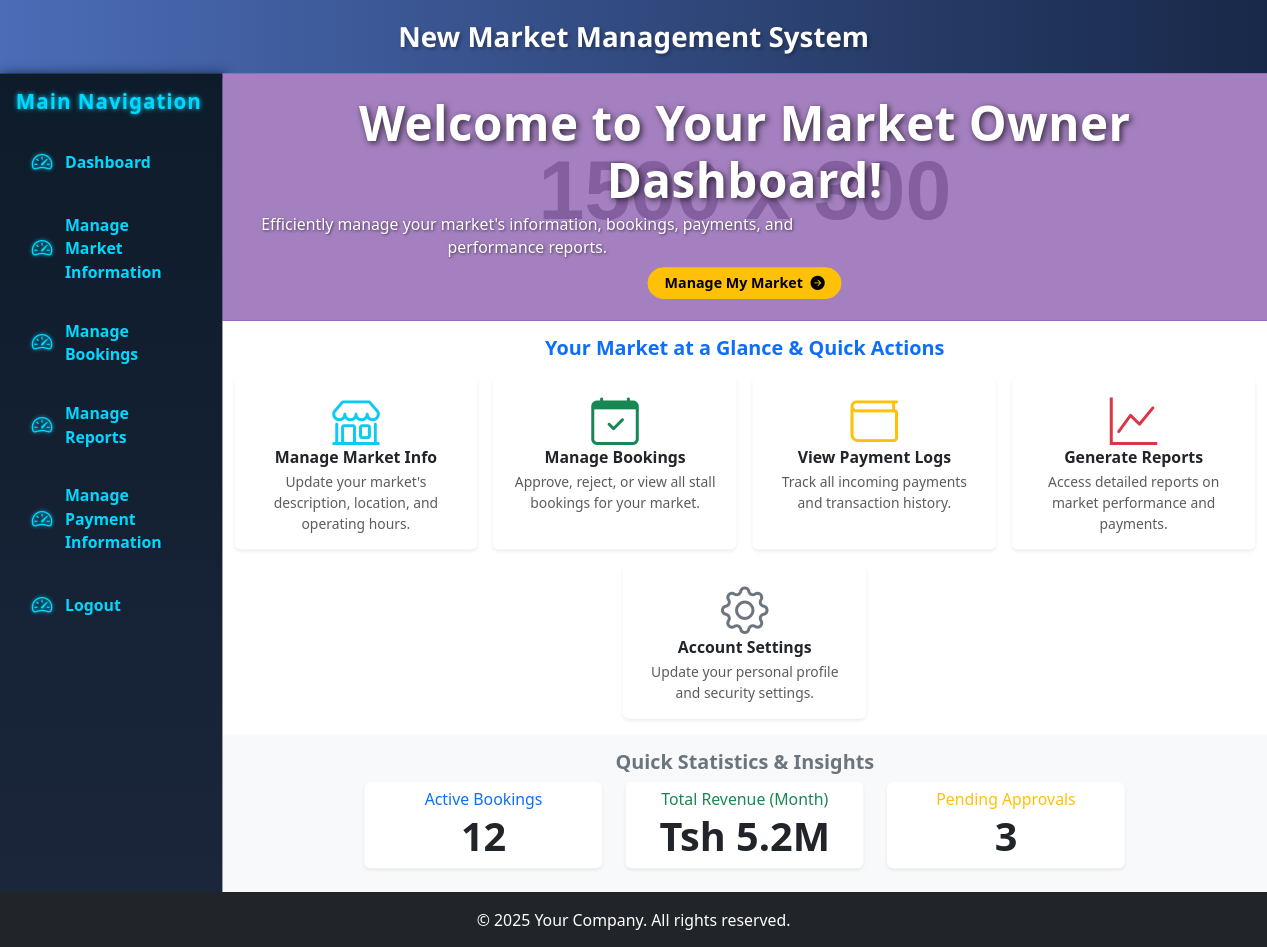
Repository: AbdulqadirSaid/react-market-front-end
Page: /owner-dash
An editor plug-in stored every save of this project. The page is shown before and after the next save, followed by the edit.
The browser window is 1280 px wide. The pictures show the whole page, at 99% of full size.
The project was rebuilt for these pictures with package versions that can differ from the ones it lists, and the page was loaded fresh each time. Also part of the build but not shown: src/index.css, src/LoginForm.js, src/App.css, src/admin/AdminDashboard.js, src/admin/ManageCustomers.js, src/admin/ManageMarketOwner.js, src/admin/GenerateReport.js, src/admin/AccountSetting.js and 10 more.

Above is the page before, as saved 2025-06-03 15:26:52.

After the next save:
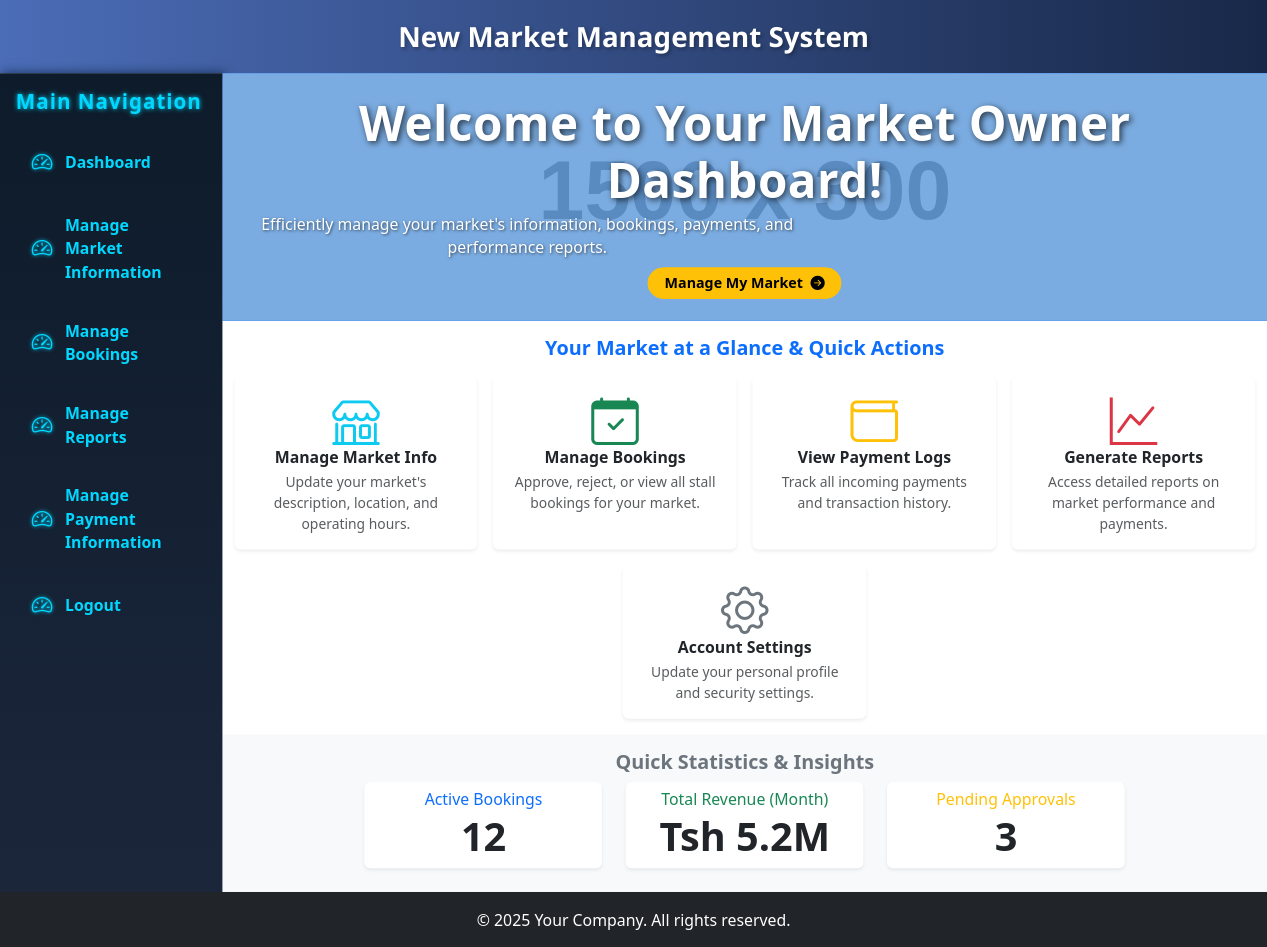
Saved 12 s later.
--- a/src/owner/OwnerDashboard.js
+++ b/src/owner/OwnerDashboard.js
@@ -5,7 +5,7 @@ import Sidebar from "../components/Sidebar";
 import Footer from "../components/Footer";
 import { NavLink, Outlet } from "react-router-dom";
 
-const OwnerDashboard = () => {
+const OwnerDashboard = () => { // Renamed Dashboard to OwnerDashboard for clarity and consistency
 
   return (
     <div className="d-flex flex-column min-vh-100">
@@ -13,14 +13,14 @@ const OwnerDashboard = () => {
       <div className="d-flex flex-grow-1">
         <Sidebar userRole="Owner" />
         <main className="flex-grow-1" style={{ backgroundColor: "#f8f9fa" }}>
-          {/* Hero Section: Main Welcome for Market Owners - Changed to deep purple */}
+          {/* Hero Section: Main Welcome for Market Owners - Removed black color */}
           <section
-            // Removed bg-primary class, relying on inline style for custom purple
-            className="py-3 text-center text-white position-relative overflow-hidden"
+            // Changed bg-dark to bg-primary (Bootstrap blue)
+            className="py-3 text-center text-white bg-primary position-relative overflow-hidden"
             style={{
-              backgroundColor: "#6a0dad", // Deep purple background
+              // Changed placeholder image to a blue background
               backgroundImage:
-                'url("https://via.placeholder.com/1500x300/6a0dad/ffffff?text=Your+Marketplace+Hub")', // Placeholder image matching purple
+                'url("https://via.placeholder.com/1500x300/007bff/ffffff?text=Your+Marketplace+Hub")', // Bootstrap primary blue
               backgroundSize: "cover",
               backgroundPosition: "center",
               minHeight: "250px",
@@ -28,8 +28,8 @@ const OwnerDashboard = () => {
               alignItems: "center",
               justifyContent: "center",
               flexDirection: "column",
-              // Changed overlay to a deep purple (rgba)
-              boxShadow: "inset 0 0 0 2000px rgba(106, 13, 173, 0.4)", // Deep purple overlay
+              // Changed rgba(0,0,0,0.5) (black overlay) to rgba(0, 123, 255, 0.4) (blue overlay)
+              boxShadow: "inset 0 0 0 2000px rgba(0, 123, 255, 0.4)", // Blue overlay (Bootstrap primary blue)
             }}
           >
             <div className="container px-2">
@@ -97,6 +97,7 @@ const OwnerDashboard = () => {
                   </NavLink>
                 </div>
                 {/* Card 4: Generate Reports */}
+                {/* Corrected path from /owner-dash/generate-reports to /owner-dash/manage-reports */}
                 <div className="col-md-4 col-lg-3 animate__animated animate__fadeInUp" style={{ animationDelay: '0.6s' }}>
                   <NavLink to="/owner-dash/manage-reports" className="card h-100 shadow-sm border-0 text-decoration-none text-dark hover-shadow-lg">
                     <div className="card-body text-center p-3">
@@ -123,6 +124,7 @@ const OwnerDashboard = () => {
           {/* Quick Statistics & Insights */}
           <section className="py-3 bg-light text-center">
             <div className="container">
+              {/* Changed text-dark to text-secondary for softer look */}
               <h3 className="h5 fw-bold mb-2 text-secondary">Quick Statistics & Insights</h3>
               <div className="row justify-content-center">
                 <div className="col-md-6 col-lg-3 mb-2">
